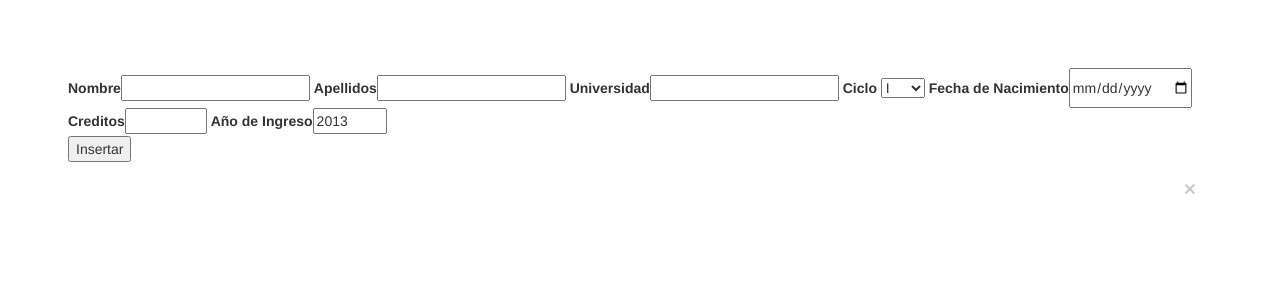
Repository: yoshitomimaehara/sdpa
Page: http://localhost/Sistema_de_Pruebas_Academicas/alumno_insertar.jsp
These files come from the project's save history. The page is drawn as it stood at one moment and after the next save; the edit follows.
The browser window is 1280 px wide. The pictures show the whole page.
The page is served by Tomcat 9.

Above is the page before, as saved 2013-10-11 19:23:30.

After the next save:
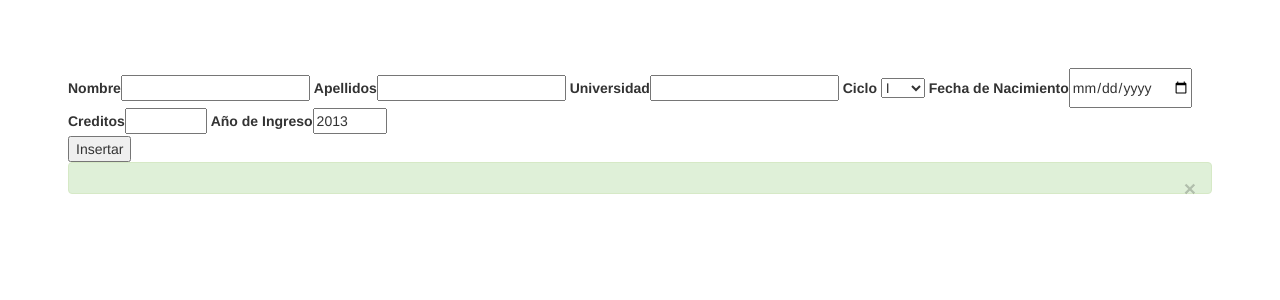
Saved 68 s later.
--- a/Web/Sistema de Pruebas Academicas/Sistema de Pruebas Academicas/WebContent/alumno_insertar.jsp
+++ b/Web/Sistema de Pruebas Academicas/Sistema de Pruebas Academicas/WebContent/alumno_insertar.jsp
@@ -29,7 +29,7 @@
 		<br/>
 		<input type="submit" value="Insertar"/>
 		<c:if test="${requestScope.error == null}">
-			<div class="alert alert-error">
+			<div class="alert alert-success">
 				<a class="close" data-dismiss="alert">&times;</a>
 			</div>
 		</c:if>
